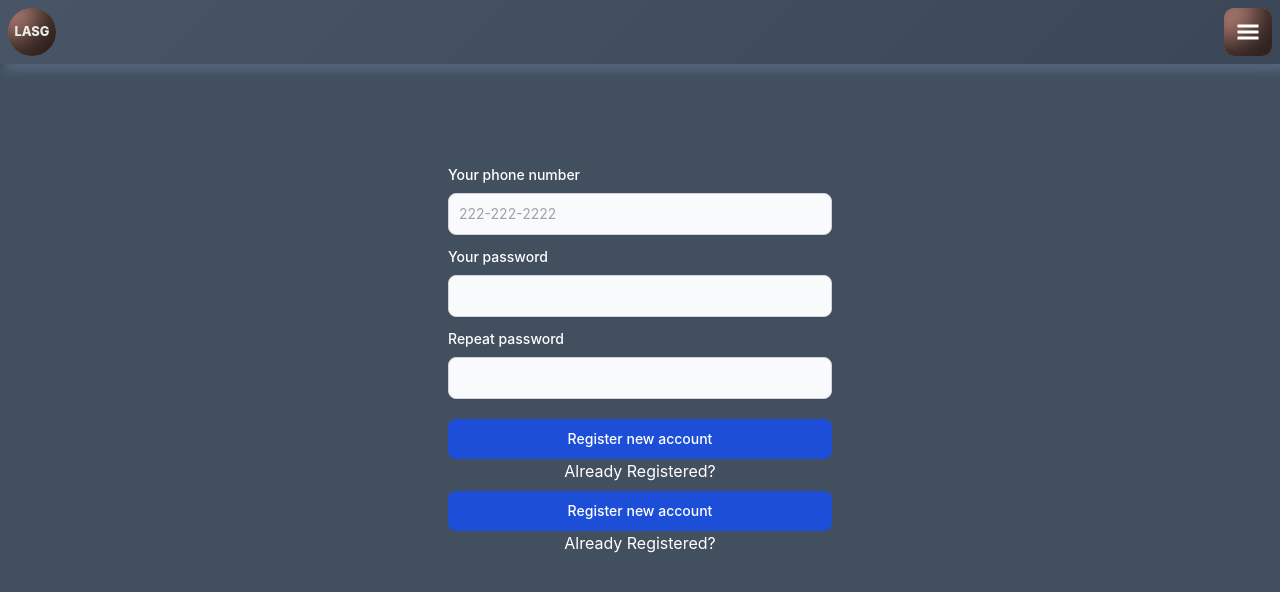
Repository: ShindanoSingi/LA-Swahili-Group
Page: /login (app in client/)
An editor plug-in stored every save of this project. The page is shown before and after the next save, followed by the edit.
The browser window is 1280 px wide. The pictures show the whole page.
The project was rebuilt for these pictures with package versions that can differ from the ones it lists, and the page was loaded fresh each time. Also part of the build but not shown: client/src/pages/error/Error.css, client/src/pages/error/Error.js, client/src/pages/home/Home.js, client/src/pages/about/About.js, client/src/pages/contact/Contact.js.

Above is the page before, as saved 2024-02-06 22:47:42.

### client/src/index.js
import React from 'react';
import ReactDOM from 'react-dom/client';
import './index.css';
import App from './App';
import reportWebVitals from './reportWebVitals';
import { Provider } from "react-redux";
import store from './redux/store';
import { BrowserRouter } from 'react-router-dom';


const root = ReactDOM.createRoot(document.getElementById('root'));
root.render(
  <Provider store={store}>
    <BrowserRouter>
    <App />
    </BrowserRouter>
  </Provider>
);

// If you want to start measuring performance in your app, pass a function
// to log results (for example: reportWebVitals(console.log))
// or send to an analytics endpoint. Learn more: https://bit.ly/CRA-vitals
reportWebVitals();

### client/src/index.css
@tailwind base;
@tailwind components;
@tailwind utilities;

:root{
  --primary: #424F5F;
  --secondary: #F3F3F3;
  --tertiary: #F4A261;
  --quaternary: #2A9D8F;
  --quinary: #E9C46A;

}

body {
  margin: 0;
  font-family: -apple-system, BlinkMacSystemFont, 'Segoe UI', 'Roboto', 'Oxygen',
    'Ubuntu', 'Cantarell', 'Fira Sans', 'Droid Sans', 'Helvetica Neue',
    sans-serif;
  -webkit-font-smoothing: antialiased;
  -moz-osx-font-smoothing: grayscale;
}

.container{
  max-height: 100vh;
  background-color: var(--primary);
}

.container {
  display: flex;
  justify-content: center;
  align-items: center;
  height: 100vh;
}

.logo{
  height: 100dvh;
}

### client/src/App.js
import Header from "./components/header/Header";
import Error from "./pages/error/Error";
import Home from "./pages/home/Home";
import { Routes, Route } from "react-router-dom";
import About from "./pages/about/About";
import Contact from "./pages/contact/Contact";
import Login from "./pages/login/Login";

function App() {
      return (
            <>
                  <Header />
                  <Routes>
                        <Route path="/" element={<Home />} />
                        <Route path="/about" element={<About />} />
                        <Route path="/contact" element={<Contact />} />
                        <Route path="/login" element={<Login />} />
                        <Route
                              path="/:rest*"
                              element={
                                    <h1>
                                          <Error />
                                    </h1>
                              }
                        />
                  </Routes>
            </>
      );
}

export default App;

### client/src/redux/store.js
import { configureStore } from "@reduxjs/toolkit";

import userReducer from "./userSlice";

const store = configureStore({
    reducer: {
        userReducer,
    },
});

export default store;

### client/src/components/header/Header.js
import React, { useState } from 'react'
import './Header.css'
import { GiHamburgerMenu } from "react-icons/gi";
import { Link } from 'react-router-dom';

function Header() {
  const [show, setShow] = useState(false)

  return (
    <div className='header absolute top-0 w-full flex items-center justify-between p-2'>
        <div className='w-12 h-12 rounded-full text-[0.8rem] logo-button flex font-extrabold text-[#EBEBEB] justify-center items-center'>LASG</div>
        <div>
            <Link to='/'>
                <div className='hambourger h-12 w-12 flex items-center justify-center'>
                    <GiHamburgerMenu className='text-[#FFFFFF] text-2xl' onClick={() => setShow(!show)} />
                </div>
            </Link>
        </div>
        {
            show && (<ul className='flex flex-col items-center p-2 top-[4.2rem] right-2 menu text-[#FFFFFF] absolute'>
            <Link to='/' onClick={() => setShow(!show)}>
             <li className='menu-item'>Home</li>
            </Link>
            <Link to='/about' onClick={() => setShow(!show)}>
            <li className='menu-item'>About</li>
            </Link>
            <Link to='/contact' onClick={() => setShow(!show)}>
            <li className='menu-item'>Contact</li>
            </Link>
            <Link to='/login' onClick={() => setShow(!show)}>
            <li className='menu-item'>Login</li>
            </Link>
        </ul>)
        }
    </div>
  )
}

export default Header

### client/src/pages/login/Login.js
import React from "react";

function Login() {
      return (
            <div className="container">
                  <div className="w-[80%]">
                        <form className="max-w-sm mx-auto">
                              <div className="mb-3">
                                    <label
                                          for="email"
                                          className="block mb-2 text-sm font-medium text-white dark:text-white"
                                    >
                                          Your phone number
                                    </label>
                                    <input
                                          type="phone"
                                          id="phone"
                                          className="shadow-sm bg-gray-50 border border-gray-300 text-gray-900 text-sm rounded-lg focus:ring-blue-500 focus:border-blue-500 block w-full p-2.5 dark:bg-gray-700 dark:border-gray-600 dark:placeholder-gray-400 dark:text-white dark:focus:ring-blue-500 dark:focus:border-blue-500 dark:shadow-sm-light"
                                          placeholder="222-222-2222"
                                          required
                                    />
                              </div>
                              <div className="mb-3">
                                    <label
                                          for="password"
                                          className="block mb-2 text-sm font-medium text-white dark:text-white"
                                    >
                                          Your password
                                    </label>
                                    <input
                                          type="password"
                                          id="password"
                                          className="shadow-sm bg-gray-50 border border-gray-300 text-gray-900 text-sm rounded-lg focus:ring-blue-500 focus:border-blue-500 block w-full p-2.5 dark:bg-gray-700 dark:border-gray-600 dark:placeholder-gray-400 dark:text-white dark:focus:ring-blue-500 dark:focus:border-blue-500 dark:shadow-sm-light"
                                          required
                                    />
                              </div>
                              <div className="mb-3">
                                    <label
                                          for="repeat-password"
                                          className="block mb-2 text-sm font-medium text-white dark:text-white"
                                    >
                                          Repeat password
                                    </label>
                                    <input
                                          type="password"
                                          id="repeat-password"
                                          className="shadow-sm bg-gray-50 border border-gray-300 text-gray-900 text-sm rounded-lg focus:ring-blue-500 focus:border-blue-500 block w-full p-2.5 dark:bg-gray-700 dark:border-gray-600 dark:placeholder-gray-400 dark:text-white dark:focus:ring-blue-500 dark:focus:border-blue-500 dark:shadow-sm-light"
                                          required
                                    />
                              </div>
                              <div>
                                    <button
                                          type="submit"
                                          className="text-white mt-2 w-full bg-blue-700 hover:bg-blue-800 focus:ring-4 focus:outline-none focus:ring-blue-300 font-medium rounded-lg text-sm px-5 py-2.5 text-center dark:bg-blue-600 dark:hover:bg-blue-700 dark:focus:ring-blue-800"
                                    >
                                          Register new account
                                    </button>
                                    <p className="text-white text-center">Already Registered?</p>
                              </div>
                              <div>
                                    <button
                                          type="submit"
                                          className="text-white mt-2 w-full bg-blue-700 hover:bg-blue-800 focus:ring-4 focus:outline-none focus:ring-blue-300 font-medium rounded-lg text-sm px-5 py-2.5 text-center dark:bg-blue-600 dark:hover:bg-blue-700 dark:focus:ring-blue-800"
                                    >
                                          Register new account
                                    </button>
                                    <p className="text-white text-center">Already Registered?</p>
                              </div>
                        </form>
                  </div>
            </div>
      );
}

export default Login;

### client/src/redux/userSlice.js
import {createSlice} from '@reduxjs/toolkit';

const userSlice = createSlice({
    name: 'user',
    initialState: {
        user: null,
    },
    reducers: {
        setUser: (state, action) => {
            state.user = action.payload;
        },
    },
});

export const {setUser} = userSlice.actions;
export default userSlice.reducer;

### client/src/components/header/Header.css
.header {
    border-radius: 0px;
background: linear-gradient(315deg, #3b4756, #475566);
box-shadow:  -5px -5px 10px #262e37,
             5px 5px 10px #5e7087;
}

.logo-button {
    border-radius: 50%;
    background: #6E5049;
    box-shadow: inset -14px -14px 27px #2d211e, inset 14px 14px 27px #af7f74;
}

.hambourger {
    border-radius: 10px;
    background: #6E5049;
    box-shadow: inset -14px -14px 27px #2d211e, inset 14px 14px 27px #af7f74;
}

.menu {
    border-radius: 9px;
    background: #3E5F75;
    box-shadow: inset -5px -5px 10px #38556c, inset 5px 5px 10px #5885a8;
    padding: 0.5rem;
}

.menu-item{
    border-radius: 7px;
background: #486D8A;
box-shadow: inset -15px -15px 13px #2a3f50,
            inset 15px 15px 13px #669bc4;
            width: 5rem;
            text-align: center;
            margin: 0.2rem;
            padding: 0.2rem 0.5rem;
}

Loaded but not shown: client/public/index.html (common file); client/src/reportWebVitals.js (common file); client/tailwind.config.js (common file)

After the next save:
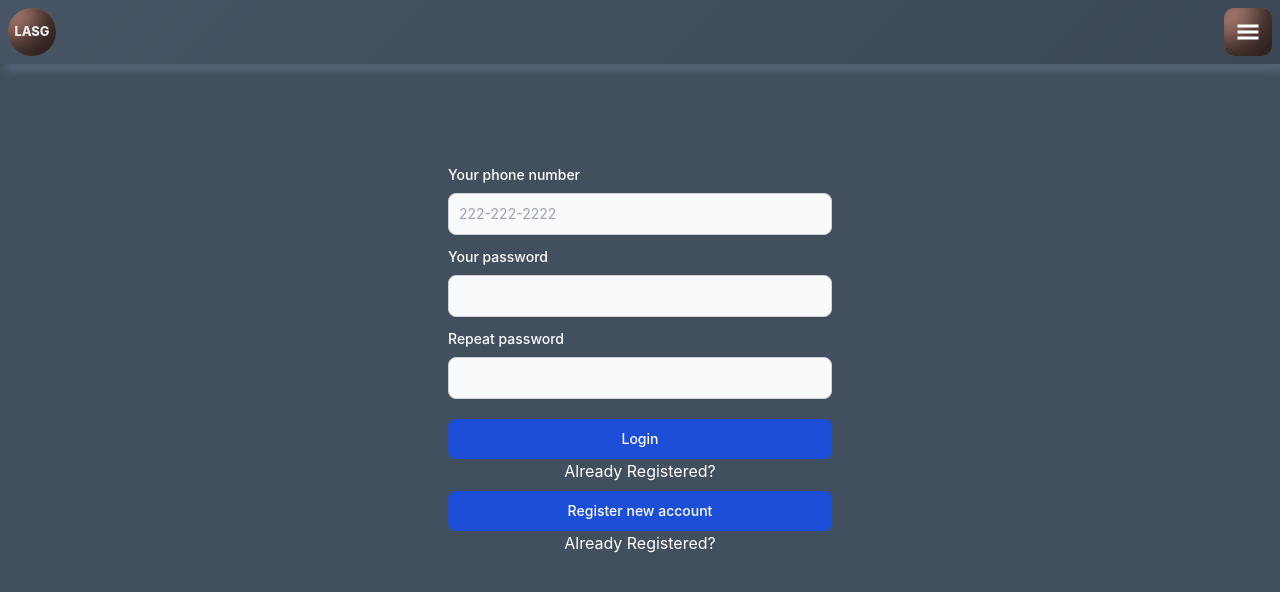
Saved 14 s later.
--- a/client/src/pages/login/Login.js
+++ b/client/src/pages/login/Login.js
@@ -53,7 +53,7 @@ function Login() {
                                           type="submit"
                                           className="text-white mt-2 w-full bg-blue-700 hover:bg-blue-800 focus:ring-4 focus:outline-none focus:ring-blue-300 font-medium rounded-lg text-sm px-5 py-2.5 text-center dark:bg-blue-600 dark:hover:bg-blue-700 dark:focus:ring-blue-800"
                                     >
-                                          Register new account
+                                          Login
                                     </button>
                                     <p className="text-white text-center">Already Registered?</p>
                               </div>
